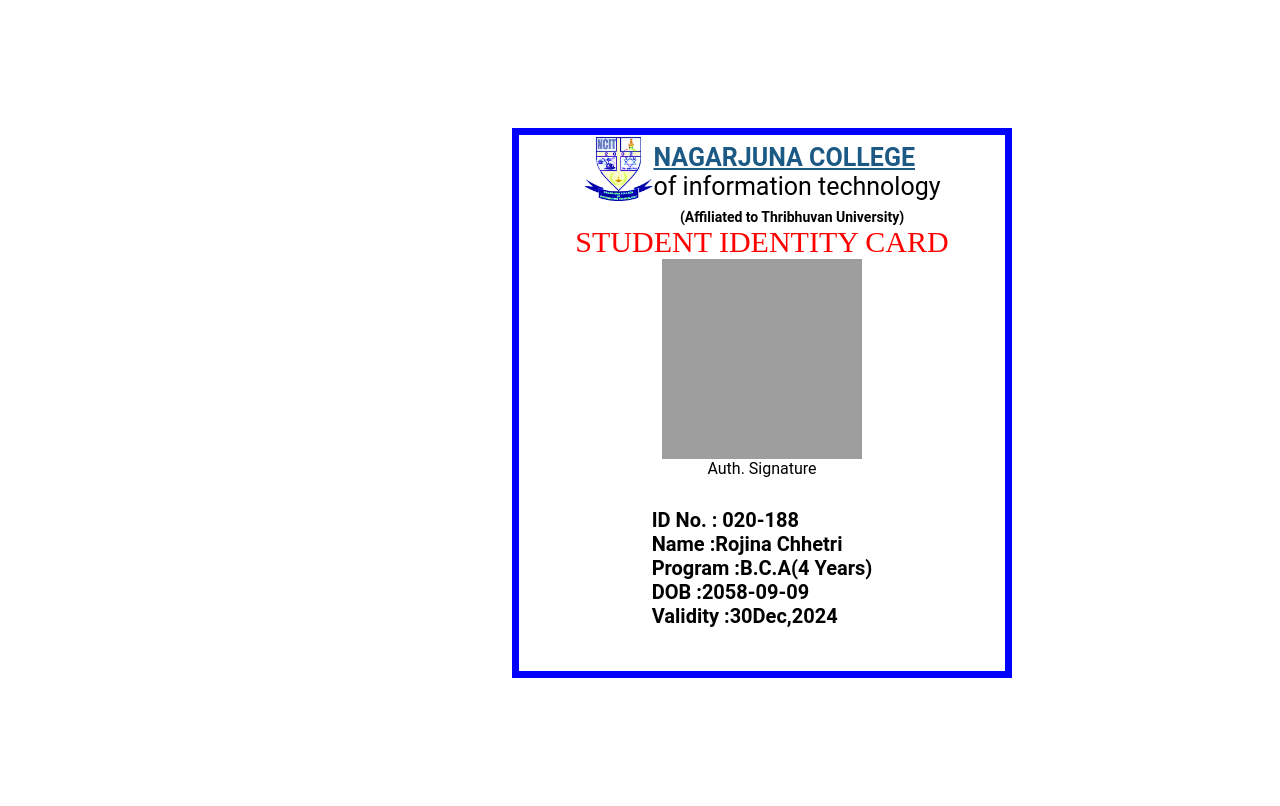
Repository: Rojinachhetri/roji
Page: rojina.html
These files come from the project's save history. The page is drawn as it stood at one moment and after the next save; the edit follows.
The browser window is 1280 px wide. The pictures show the whole page.
Pictures or frames that could not be fetched are drawn as grey boxes.

Above is the page before, as saved 2023-04-24 22:40:07.

After the next save:
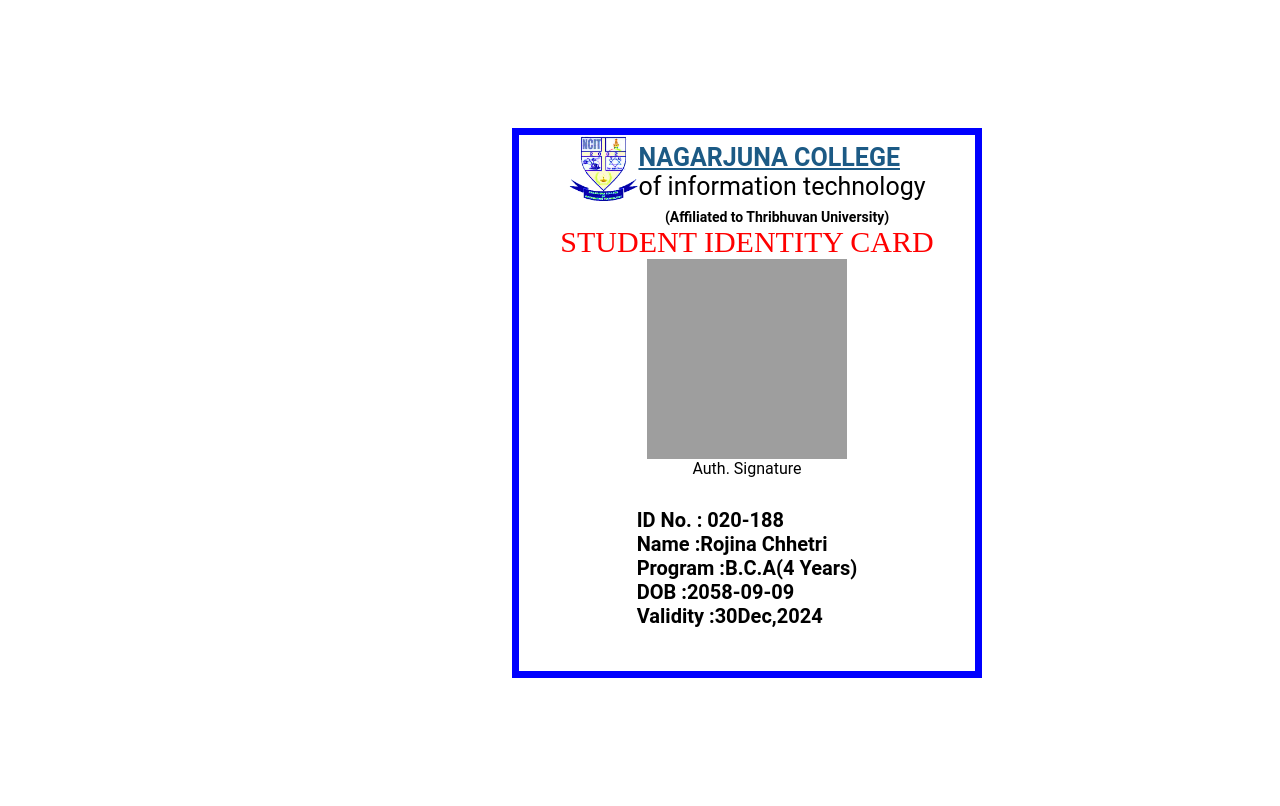
Saved 14 s later.
--- a/rojina.css
+++ b/rojina.css
@@ -6,7 +6,7 @@
     }
 
     .container {
-        width: 500px;
+        width: 470px;
         height: 550px;
         background-color: white;
         border: 7px solid blue;
